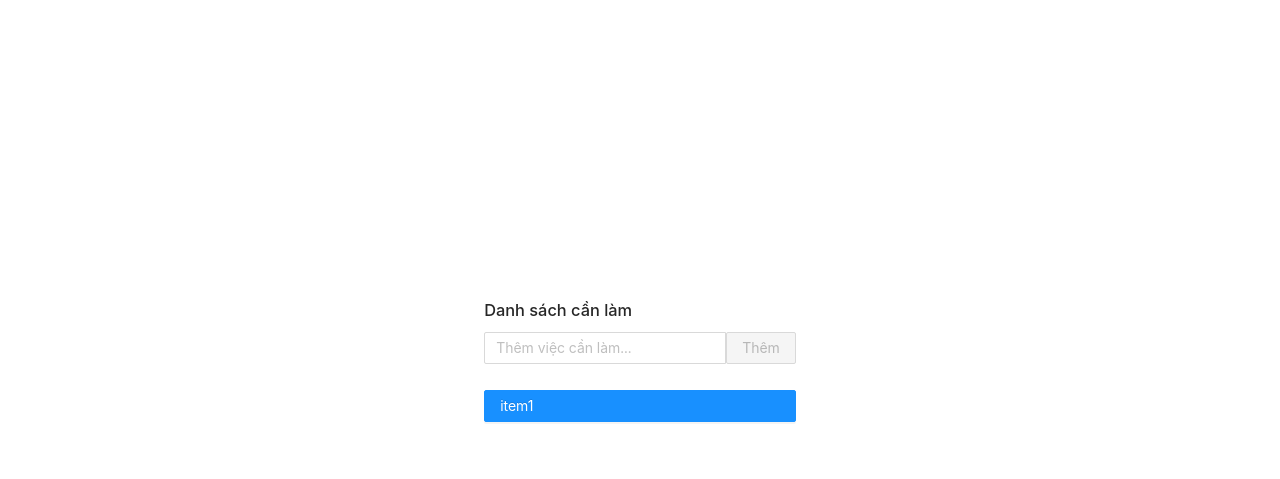
Repository: tiendungjr123/Todo-App
Page: /
An editor plug-in stored every save of this project. The page is shown before and after the next save, followed by the edit.
The browser window is 1280 px wide. The pictures show the whole page.
The project was rebuilt for these pictures with package versions that can differ from the ones it lists, and the page was loaded fresh each time.

Above is the page before, as saved 2022-09-22 11:16:39.

After the next save:
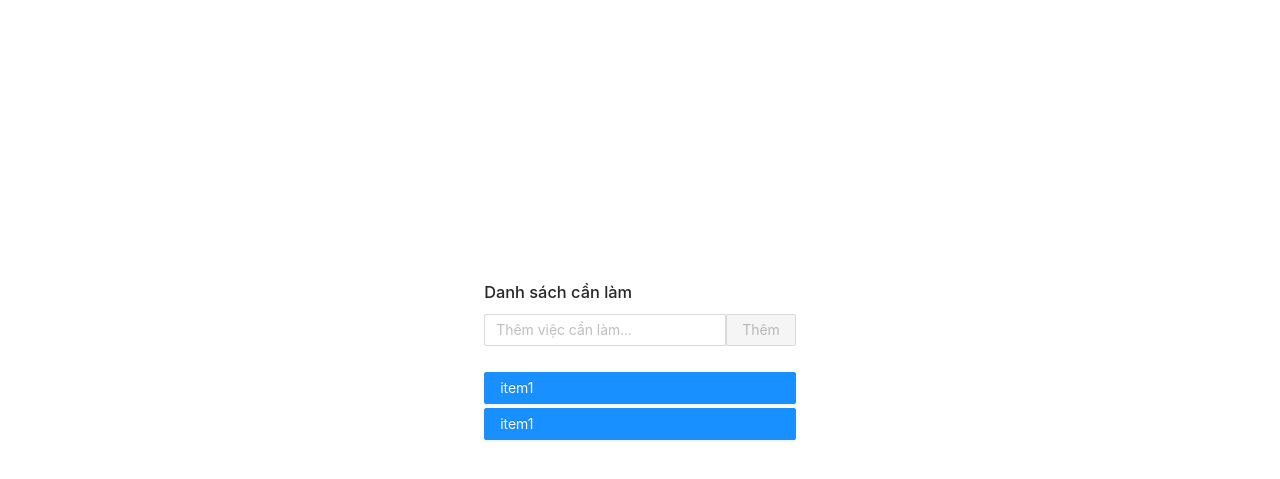
Saved 10 s later.
--- a/src/component/TodoList.jsx
+++ b/src/component/TodoList.jsx
@@ -6,6 +6,7 @@ export default function TodoList() {
     <>
 
         <Todo />
+        <Todo />
 
     </>
   );
